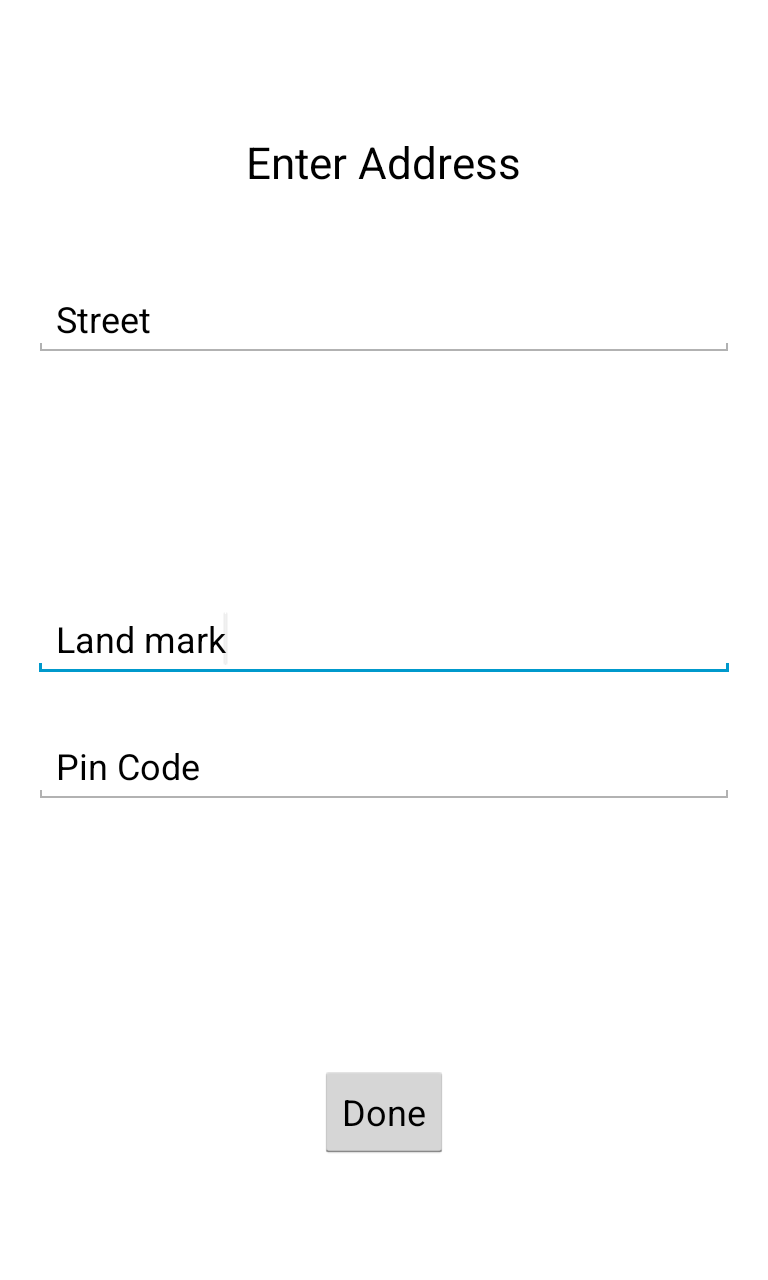
Repository: Shruthi06/designed-droid
Layout: explicitIntent_assignment/res/layout/activity_shipping_address.xml
The author's editor kept a copy of each file at every save. The layout is drawn from the files as they stood at one save, then again after the next save.
It is drawn on a 768 x 1280 px phone screen (xhdpi) without system bars, with theme AppTheme; the app's code is not run.

Above is the layout before, as saved 2016-02-03 11:13:49.

After the next save:
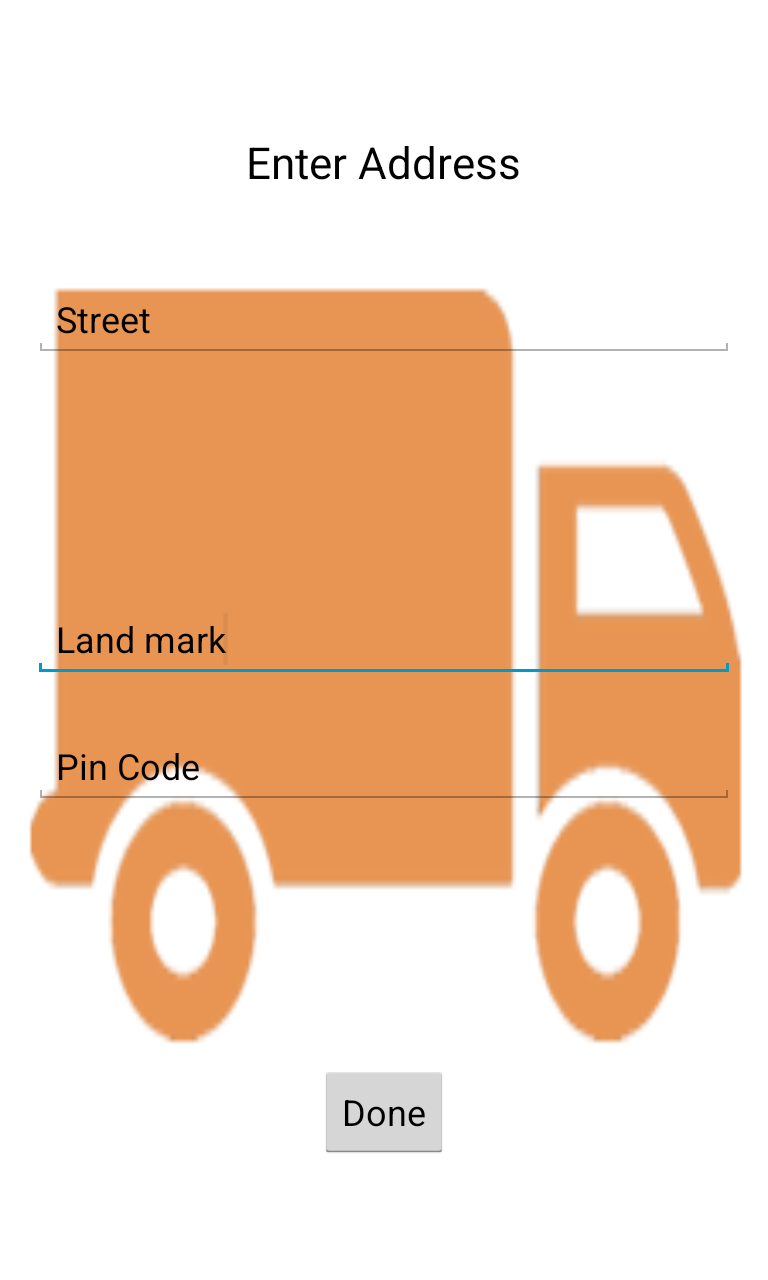
Saved 2 min 24 s later.
--- a/explicitIntent_assignment/res/layout/activity_shipping_address.xml
+++ b/explicitIntent_assignment/res/layout/activity_shipping_address.xml
@@ -6,6 +6,7 @@
     android:paddingLeft="@dimen/activity_horizontal_margin"
     android:paddingRight="@dimen/activity_horizontal_margin"
     android:paddingTop="@dimen/activity_vertical_margin"
+    android:background="@drawable/delivery"
     tools:context=".Shipping_address" >
 
     <EditText
